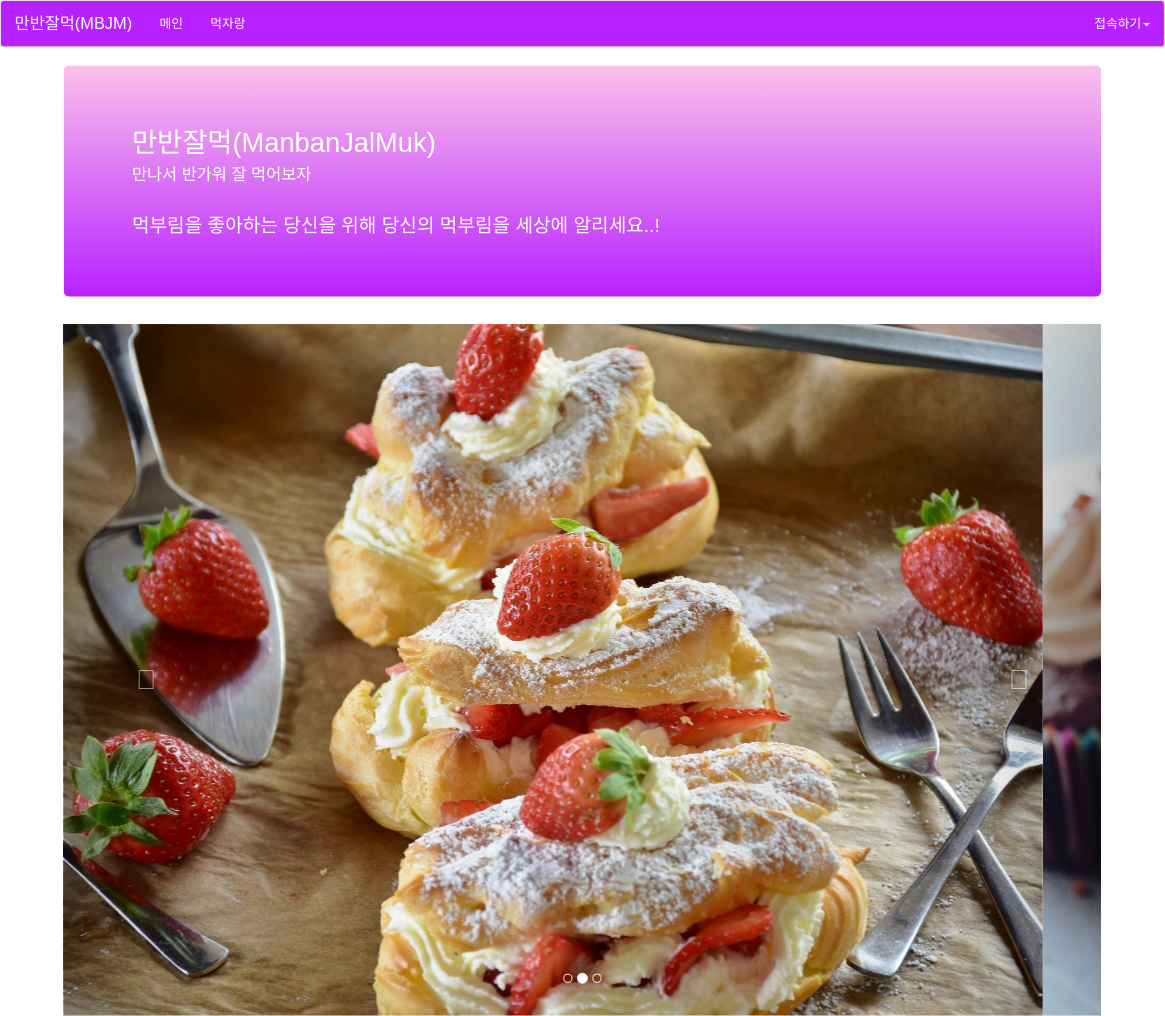
Repository: gimyoni/ManBanJalMuk
Page: http://localhost/text/main.jsp
These files come from the project's save history. The page is drawn as it stood at one moment and after the next save; the edit follows.
The browser window is 1280 px wide. The pictures show the whole page, at 91% of full size.
Some web fonts or font styles are not loaded; a fallback is used. Some web libraries are served in a nearby version. The page is served by Tomcat 9.

Above is the page before, as saved 2021-05-07 03:04:34.

After the next save:
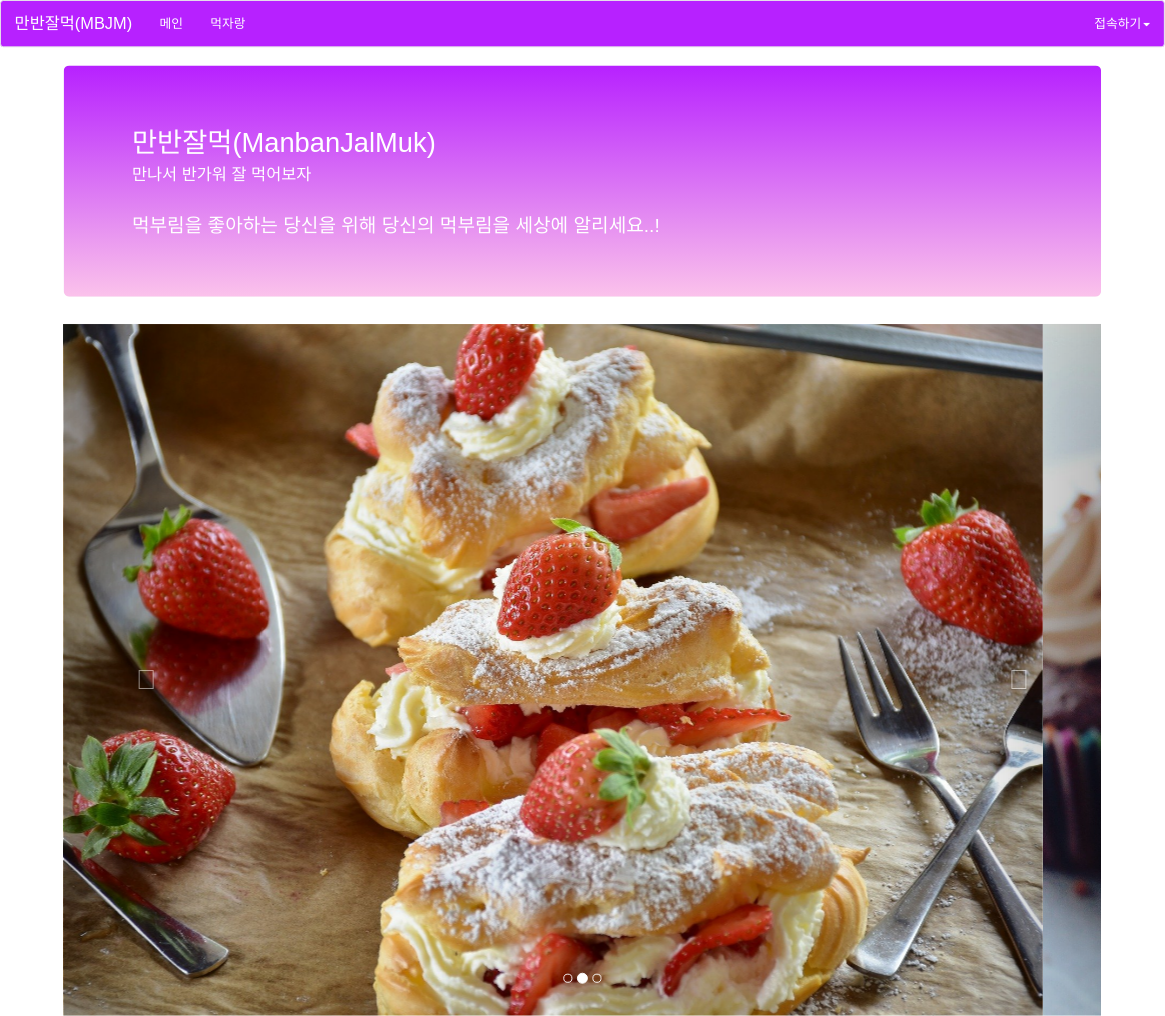
Saved 20 s later.
--- a/text/WebContent/css/custom.css
+++ b/text/WebContent/css/custom.css
@@ -9,7 +9,7 @@ h1{
 }
 .jumbotron{
 	color:white;
-	background-image: linear-gradient(to top, #b721ff 0%, #fbc2eb 100%);
+	background-image: linear-gradient(to top,  #fbc2eb 0%, #b721ff 100%);
 }
 .navbar-default{
 	background-color:#b721ff;
